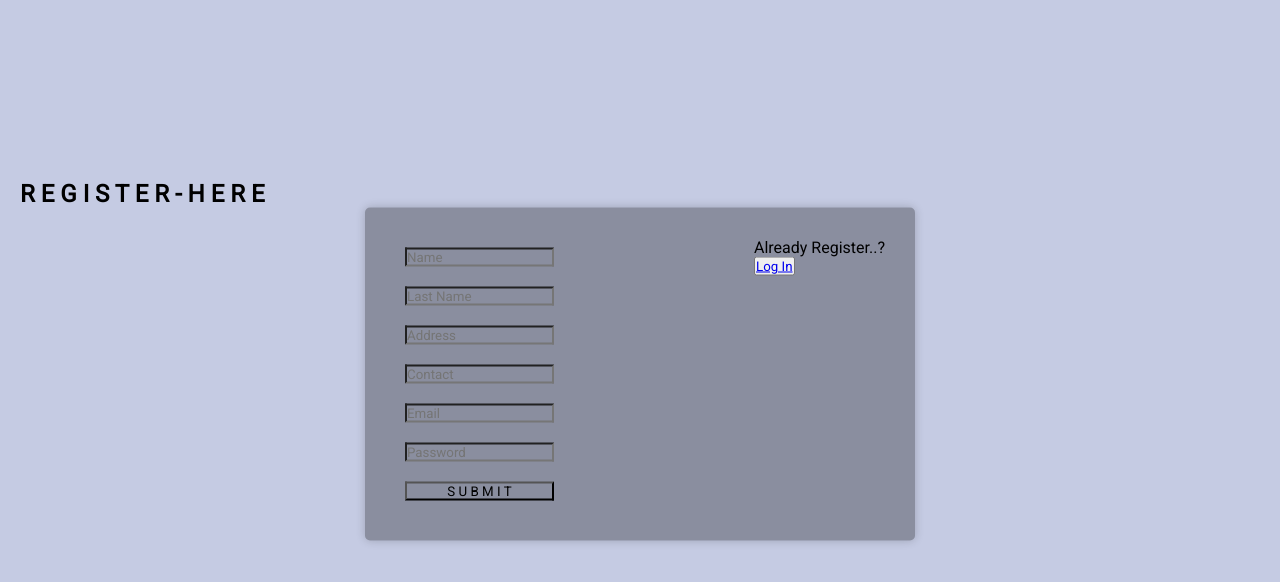
Repository: Krushna26nk/WebApplication
Page: http://localhost/Application/
These files come from the project's save history. The page is drawn as it stood at one moment and after the next save; the edit follows.
The browser window is 1280 px wide. The pictures show the whole page.
The page is served by Tomcat 9.

Above is the page before, as saved 2019-05-31 13:32:00.

After the next save:
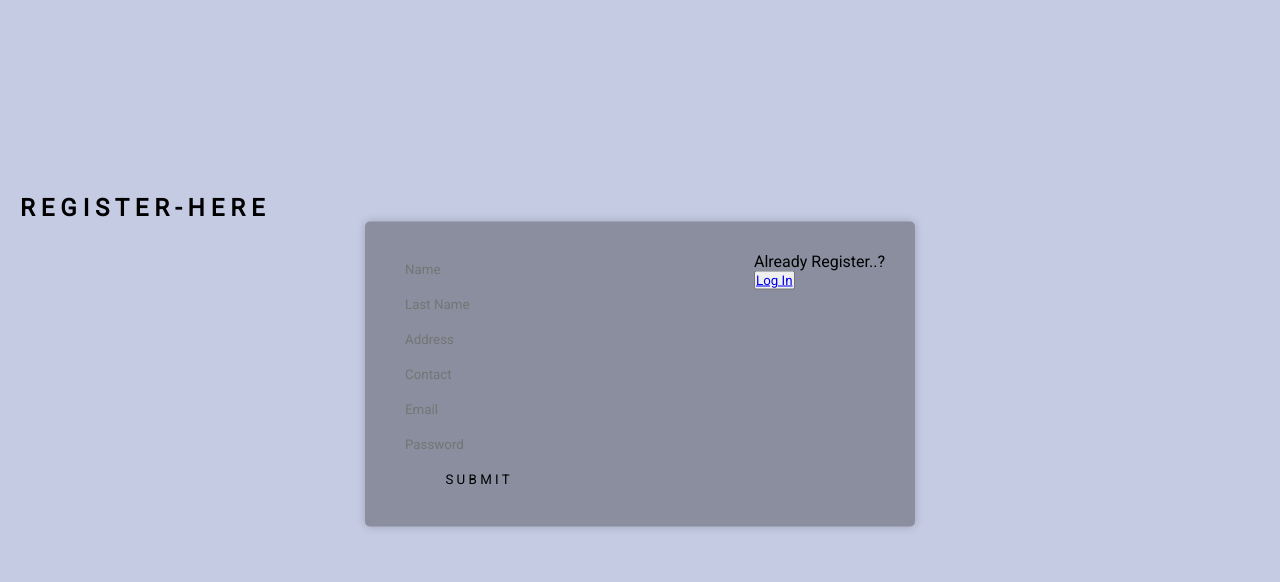
Saved 6 s later.
--- a/web/Application/WebContent/Style.css
+++ b/web/Application/WebContent/Style.css
@@ -40,4 +40,5 @@ body{
 .inputFields .input{
 	margin:10px;
 	background:transparent;
+	border:0px;
 }
